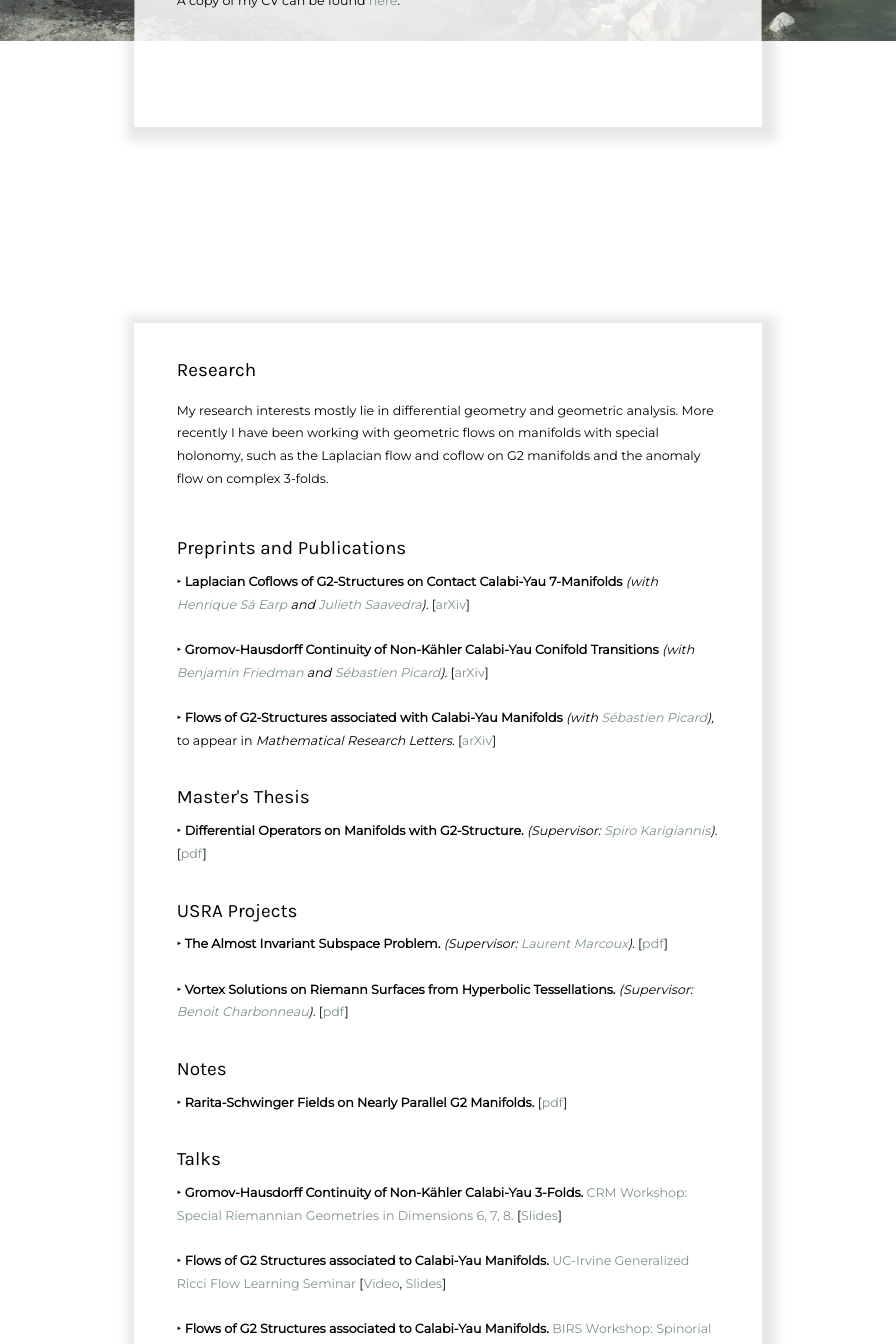
Repository: calebsuan/calebsuan.github.io
Page: index.html
These files come from the project's save history. The page is drawn as it stood at one moment and after the next save; the edit follows.
The browser window is 1280 px wide. The pictures show the part of the page from y = 662 to 2582 px (the page is 4128 px tall), at 70% of full size.

Above is the page before, as saved 2024-06-26 23:45:25.

After the next save:
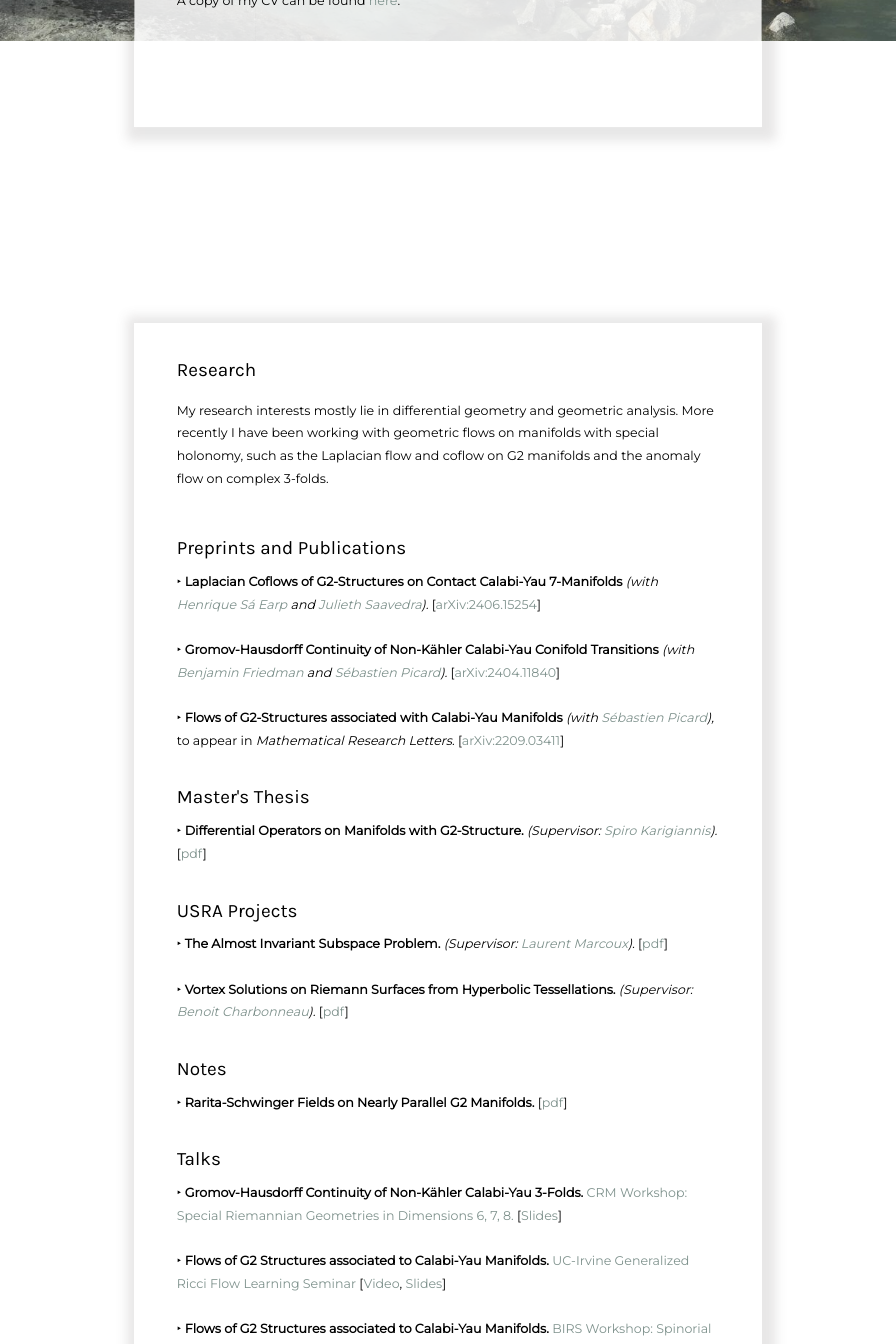
Saved 45 min 28 s later.
--- a/index.html
+++ b/index.html
@@ -187,7 +187,7 @@
                             &#8227; <b>Laplacian Coflows of G2-Structures on Contact Calabi-Yau 7-Manifolds</b> <i>(with
                             <a href="https://www.ime.unicamp.br/~hqsaearp/" target="_blank">Henrique S&aacute; Earp</a> and
                             <a href="https://sites.google.com/view/website-julieth-saavedra" target="_blank">Julieth Saavedra</a>).</i>
-                            [<a href="https://arxiv.org/abs/2406.15254" target="_blank">arXiv</a>]
+                            [<a href="https://arxiv.org/abs/2406.15254" target="_blank">arXiv:2406.15254</a>]
 
                         </div>
 
@@ -198,7 +198,7 @@
                             &#8227; <b>Gromov-Hausdorff Continuity of Non-K&auml;hler Calabi-Yau Conifold Transitions</b> <i>(with
                             <a href="https://personal.math.ubc.ca/~benji/" target="_blank">Benjamin Friedman</a> and
                             <a href="https://personal.math.ubc.ca/~spicard/" target="_blank">S&eacute;bastien Picard</a>).</i>
-                            [<a href="https://arxiv.org/abs/2404.11840" target="_blank">arXiv</a>]
+                            [<a href="https://arxiv.org/abs/2404.11840" target="_blank">arXiv:2404.11840</a>]
 
                         </div>
 
@@ -208,7 +208,7 @@
 
                             &#8227; <b>Flows of G2-Structures associated with Calabi-Yau Manifolds</b> <i>(with
                             <a href="https://personal.math.ubc.ca/~spicard/" target="_blank">S&eacute;bastien Picard</a>),</i> to appear in <i>Mathematical Research Letters</i>.
-                            [<a href="https://arxiv.org/abs/2209.03411" target="_blank">arXiv</a>]
+                            [<a href="https://arxiv.org/abs/2209.03411" target="_blank">arXiv:2209.03411</a>]
 
                         </div>
 
